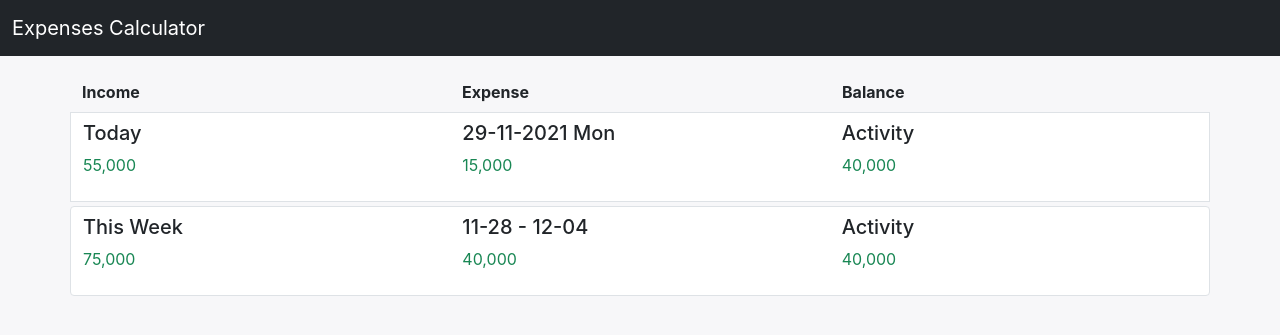
Repository: eidankhan/expenses-calculator
Page: /
These files come from the project's save history. The page is drawn as it stood at one moment and after the next save; the edit follows.
The browser window is 1280 px wide. The pictures show the whole page.
The project was rebuilt for these pictures with package versions that can differ from the ones it lists, and the page was loaded fresh each time. Also part of the build but not shown: src/components/SaveIncome.js.

Above is the page before, as saved 2021-11-29 17:28:54.

### public/index.html
<!DOCTYPE html>
<html lang="en">
  <head>
    <meta charset="utf-8" />
    <link rel="icon" href="%PUBLIC_URL%/favicon.ico" />
    <meta name="viewport" content="width=device-width, initial-scale=1" />
    <meta name="theme-color" content="#000000" />
    <meta
      name="description"
      content="Web site created using create-react-app"
    />
    <link rel="apple-touch-icon" href="%PUBLIC_URL%/logo192.png" />
    <link rel="manifest" href="%PUBLIC_URL%/manifest.json" />
    <!-- CSS only -->
    <link
      href="https://cdn.jsdelivr.net/npm/bootstrap@5.1.3/dist/css/bootstrap.min.css"
      rel="stylesheet"
      integrity="sha384-1BmE4kWBq78iYhFldvKuhfTAU6auU8tT94WrHftjDbrCEXSU1oBoqyl2QvZ6jIW3"
      crossorigin="anonymous"
    />
    <title>Shopping Cart App</title>
  </head>
  <body>
    <noscript>You need to enable JavaScript to run this app.</noscript>
    <div id="root"></div>
    <!-- JavaScript Bundle with Popper -->
    <script
      src="https://cdn.jsdelivr.net/npm/bootstrap@5.1.3/dist/js/bootstrap.bundle.min.js"
      integrity="sha384-ka7Sk0Gln4gmtz2MlQnikT1wXgYsOg+OMhuP+IlRH9sENBO0LRn5q+8nbTov4+1p"
      crossorigin="anonymous"
    ></script>
  </body>
</html>

### src/index.css
body {
  margin: 0;
  font-family: -apple-system, BlinkMacSystemFont, 'Segoe UI', 'Roboto', 'Oxygen',
    'Ubuntu', 'Cantarell', 'Fira Sans', 'Droid Sans', 'Helvetica Neue',
    sans-serif;
  -webkit-font-smoothing: antialiased;
  -moz-osx-font-smoothing: grayscale;
}

code {
  font-family: source-code-pro, Menlo, Monaco, Consolas, 'Courier New',
    monospace;
}

body{
  background-color: #F7F7F9;
}

### src/App.js
// import {
//   BrowserRouter as Router,
//   Routes,
//   Route,
// } from "react-router-dom";

import { IncomeSummary } from "./components/IncomeSummary";
import { Navbar } from "./components/Navbar";
import { SaveIncome } from "./components/SaveIncome";

function App() {
  return (
    <>
      <Navbar />
      <div className="container my-3">
        {/* <SaveIncome/> */}
        <IncomeSummary/>
      </div>
    </>
  );
}

export default App;

### src/components/IncomeSummary.js
import React from "react";

export const IncomeSummary = () => {
  return (
    <div className="my-3">
      <div className="row">
        <div className="col-md-4 my-2 ">
          {" "}
          <strong>Income</strong>{" "}
        </div>
        <div className="col-md-4 my-2 ">
          {" "}
          <strong>Expense</strong>{" "}
        </div>
        <div className="col-md-4 my-2 ">
          {" "}
          <strong>Balance</strong>{" "}
        </div>
      </div>
      <div className="row border rounder" style={{backgroundColor: "white"}}>
        <div className="col-md-4 my-2" m>
          <h5> Today </h5>
          <p className="text-success"> 55,000</p>
        </div>
        <div className="col-md-4 my-2">
          <h5> 29-11-2021 Mon </h5>
          <p className="text-success"> 15,000</p>
        </div>
        <div className="col-md-4 my-2">
          <h5> Activity </h5>
          <p className="text-success"> 40,000</p>
        </div>
      </div>
      <div className="row border rounded my-1" style={{backgroundColor: "white"}}>
        <div className="col-md-4 my-2">
          <div className="cards">
            <h5> This Week </h5>
            <p className="text-success"> 75,000</p>
          </div>
        </div>
        <div className="col-md-4 my-2">
          <h5> 11-28 - 12-04 </h5>
          <p className="text-success"> 40,000</p>
        </div>
        <div className="col-md-4 my-2">
          <h5> Activity </h5>
          <p className="text-success"> 40,000</p>
        </div>
      </div>
    </div>
  );
};

### src/components/Navbar.js
import React from "react";

export const Navbar = () => {
  return (
    <nav className="navbar navbar-dark bg-dark">
      <div className="container-fluid">
        <a className="navbar-brand" href="/" > Expenses Calculator</a>

        {/* <form className="d-flex">
          <input
            className="form-control me-2"
            type="search"
            placeholder="Search"
            aria-label="Search"
          />
          <button className="btn btn-outline-success" type="submit">
            Search
          </button>
        </form> */}

      </div>
    </nav>
  );
};

Loaded but not shown: src/index.js (common file)

After the next save:
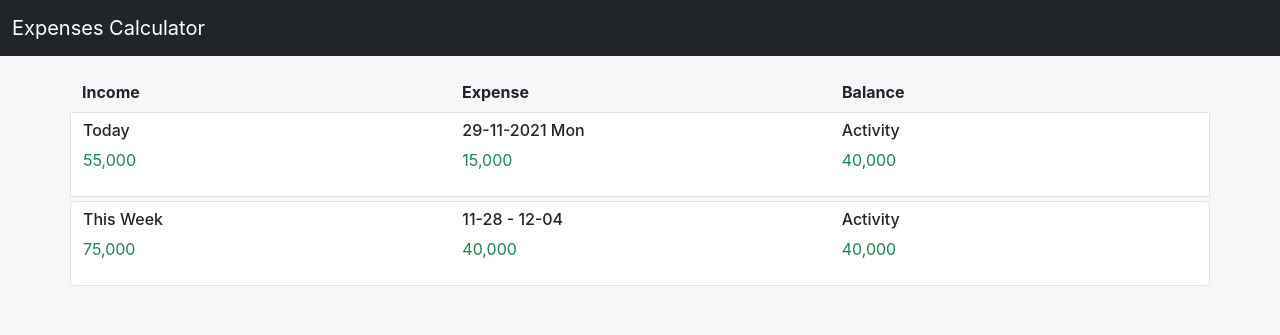
Saved 37 s later.
--- a/src/components/IncomeSummary.js
+++ b/src/components/IncomeSummary.js
@@ -19,31 +19,31 @@ export const IncomeSummary = () => {
       </div>
       <div className="row border rounder" style={{backgroundColor: "white"}}>
         <div className="col-md-4 my-2" m>
-          <h5> Today </h5>
+          <h6> Today </h6>
           <p className="text-success"> 55,000</p>
         </div>
         <div className="col-md-4 my-2">
-          <h5> 29-11-2021 Mon </h5>
+          <h6> 29-11-2021 Mon </h6>
           <p className="text-success"> 15,000</p>
         </div>
         <div className="col-md-4 my-2">
-          <h5> Activity </h5>
+          <h6> Activity </h6>
           <p className="text-success"> 40,000</p>
         </div>
       </div>
       <div className="row border rounded my-1" style={{backgroundColor: "white"}}>
         <div className="col-md-4 my-2">
           <div className="cards">
-            <h5> This Week </h5>
+            <h6> This Week </h6>
             <p className="text-success"> 75,000</p>
           </div>
         </div>
         <div className="col-md-4 my-2">
-          <h5> 11-28 - 12-04 </h5>
+          <h6> 11-28 - 12-04 </h6>
           <p className="text-success"> 40,000</p>
         </div>
         <div className="col-md-4 my-2">
-          <h5> Activity </h5>
+          <h6> Activity </h6>
           <p className="text-success"> 40,000</p>
         </div>
       </div>
